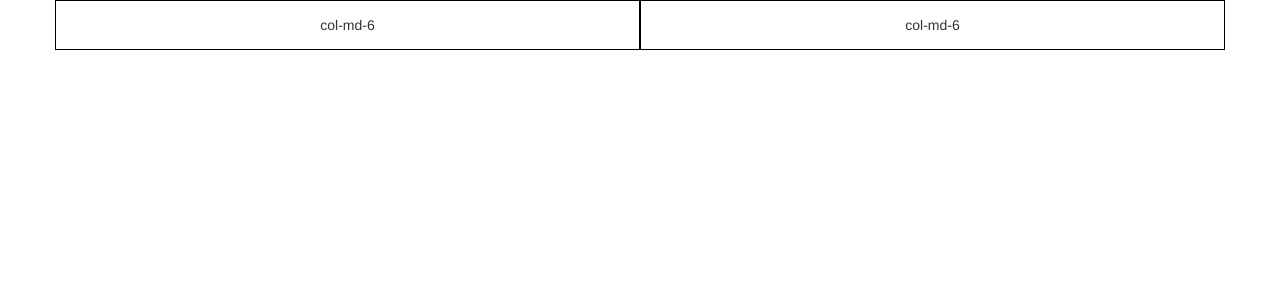
Repository: erika-sugimoto/microposts
Page: bootstrap_lesson.html
The author's editor kept a record of every edit. The page is drawn from the files as they stood at one moment, then again after the next edit.
The browser window is 1280 px wide. The pictures show the whole page.

Above is the page before.

After the next edit:
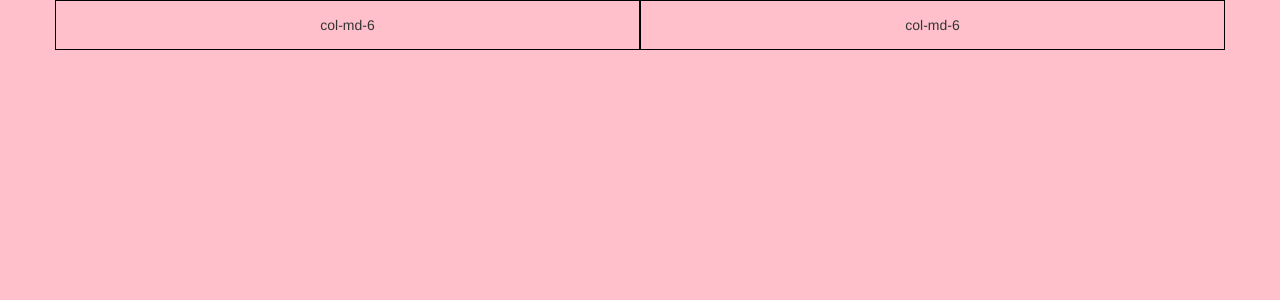
The edit:
--- a/bootstrap_lesson.html
+++ b/bootstrap_lesson.html
@@ -13,7 +13,7 @@
         <script src="https://ajax.googleapis.com/ajax/libs/jquery/1.12.4/jquery.min.js"></script>
         <!-- Bootstrap JavaScript-->
         <script src="https://maxcdn.bootstrapcdn.com/bootstrap/3.3.7/js/bootstrap.min.js"></script>
-
+    <link rel="stylesheet" href="bootstrap_lesson.css">
         <style>
             .row div {
                 border: 1px solid #000;
